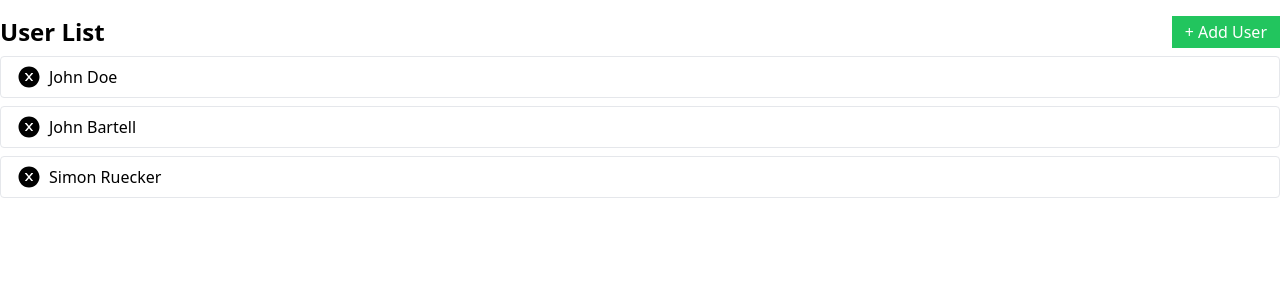
Repository: Marhamat92/users-app-redux-thunk-and-query
Page: /
These files come from the project's save history. The page is drawn as it stood at one moment and after the next save; the edit follows.
The browser window is 1280 px wide. The pictures show the whole page.
The project was rebuilt for these pictures with package versions that can differ from the ones it lists, and the page was loaded fresh each time. Requests to the local data server were answered from the project's data file.

Above is the page before, as saved 2023-01-31 18:47:40.

After the next save:
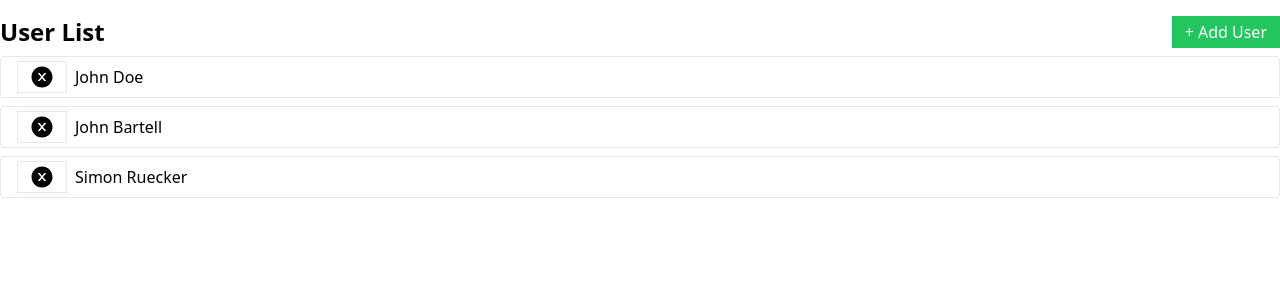
Saved 5 min 1 s later.
--- a/src/components/UsersListItem.js
+++ b/src/components/UsersListItem.js
@@ -1,11 +1,15 @@
 import React from 'react'
 import { AiFillCloseCircle } from "react-icons/ai";
+import Button from './Button';
 
 
 function UsersListItem({ user }) {
   return (
     <div className='mb-2 mt-2 border rounded flex items-center pl-4'>
-      <AiFillCloseCircle className='text-2xl hover:text-red-500 cursor-pointer ' />
+      <Button>
+        <AiFillCloseCircle className='text-2xl hover:text-red-500 cursor-pointer ' />
+      </Button>
+
       <div className='flex p-2 justify-between items-center cursor-pointer' >{user.name}</div>
     </div>
   )

After the save that followed:
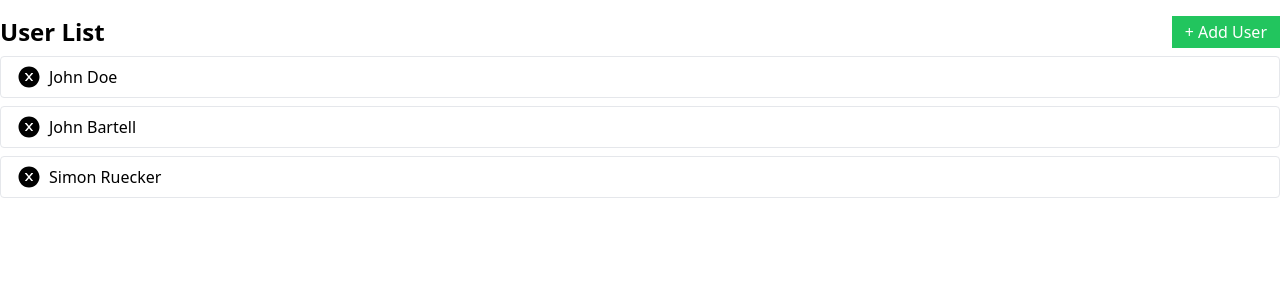
Saved 17 s later.
--- a/src/components/UsersListItem.js
+++ b/src/components/UsersListItem.js
@@ -6,9 +6,9 @@
 function UsersListItem({ user }) {
   return (
     <div className='mb-2 mt-2 border rounded flex items-center pl-4'>
-      <Button>
-        <AiFillCloseCircle className='text-2xl hover:text-red-500 cursor-pointer ' />
-      </Button>
+
+      <AiFillCloseCircle className='text-2xl hover:text-red-500 cursor-pointer ' />
+
 
       <div className='flex p-2 justify-between items-center cursor-pointer' >{user.name}</div>
     </div>
